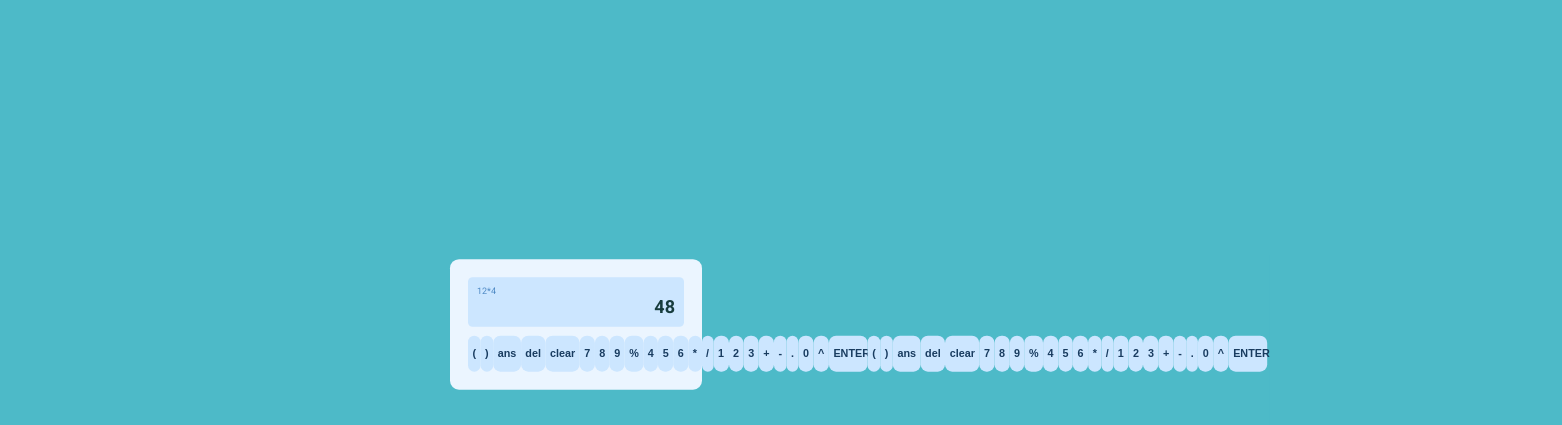
Repository: Herinyhert/Calculate-infix-a-postfix
Page: index.html
An editor plug-in stored every save of this project. The page is shown before and after the next save, followed by the edit.
The browser window is 1280 px wide. The page is 1411 px wide, then 1735 px, then 1411 px, so the pictures cover 1735 px, including what lies to the right of the window. The pictures show the whole page, at 90% of full size.

Above is the page before, as saved 2023-11-02 19:23:46.

After the next save:
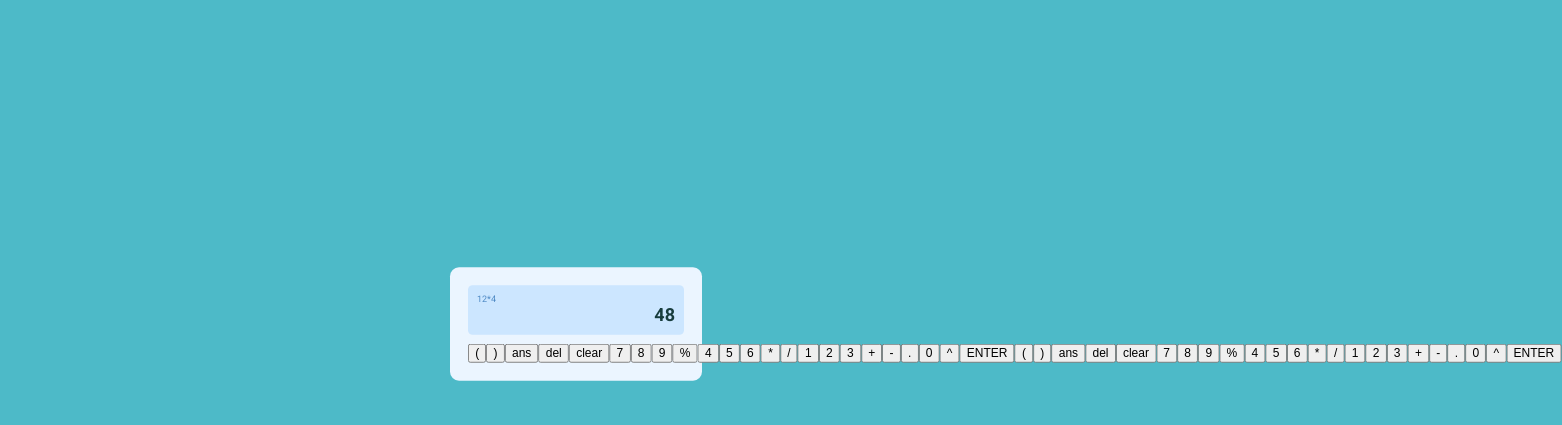
Saved 35 s later.
--- a/css/index.css
+++ b/css/index.css
@@ -37,7 +37,7 @@
     justify-content: space-between;
     margin-top: 10px;
 }
-.button{
+.buttons{
     background-color: #cce6ff;
     padding: 5px;
     border-radius: 8px;

After the 3 saves that followed:
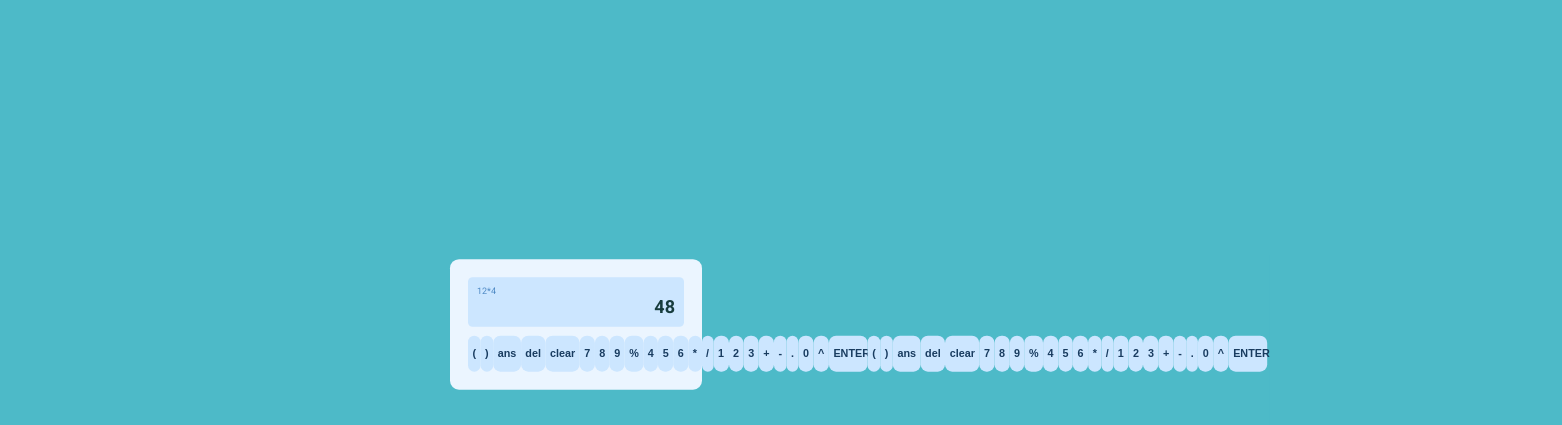
The 3 saves are shown as one change because 2 left the picture as it was.
The last was saved 52 s later.
--- a/css/index.css
+++ b/css/index.css
@@ -37,7 +37,7 @@
     justify-content: space-between;
     margin-top: 10px;
 }
-.buttons{
+.button{
     background-color: #cce6ff;
     padding: 5px;
     border-radius: 8px;
